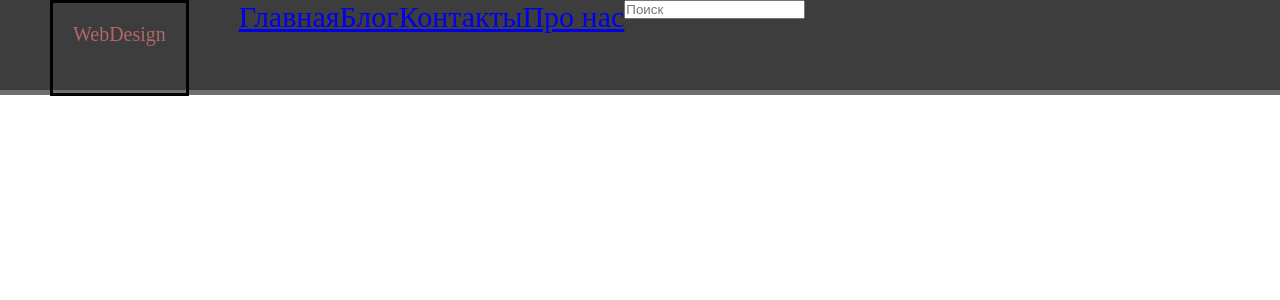
Repository: andbaik/Itprog
Page: index.htm
An editor plug-in stored every save of this project. The page is shown before and after the next save, followed by the edit.
The browser window is 1280 px wide. The pictures show the whole page.

Above is the page before, as saved 2021-01-19 16:01:34.

After the next save:
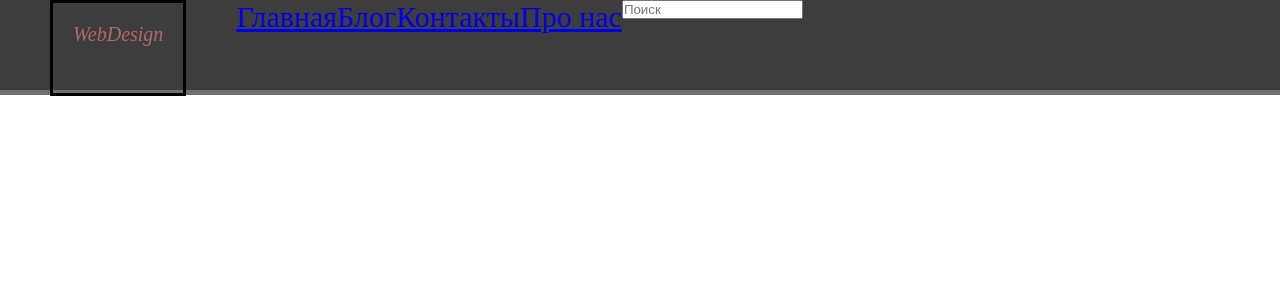
Saved 7 s later.
--- a/css/style.css
+++ b/css/style.css
@@ -25,7 +25,7 @@
     text-decoration: none;
     text-align: center;
     font-size: 20px;
-    font-style: ;
+    font-style: oblique;
 
 }
 

After the 2 saves that followed:
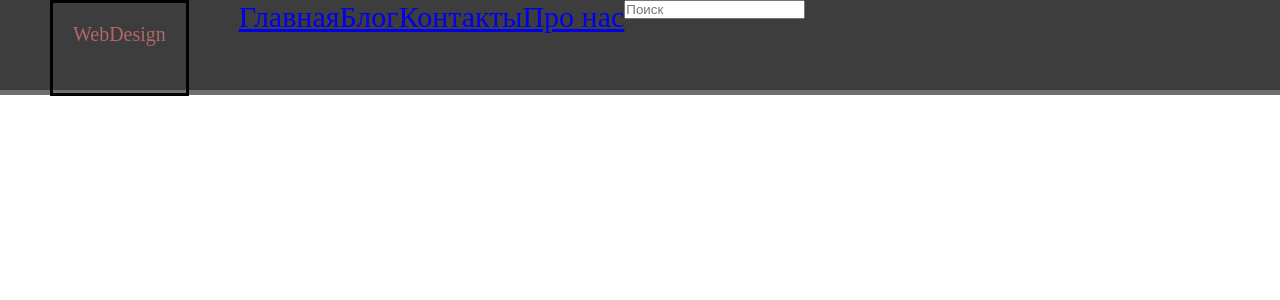
The 2 saves are shown as one change because they came seconds apart.
The last was saved 7 s later.
--- a/css/style.css
+++ b/css/style.css
@@ -25,7 +25,7 @@
     text-decoration: none;
     text-align: center;
     font-size: 20px;
-    font-style: oblique;
+    font-style: bold;
 
 }
 
